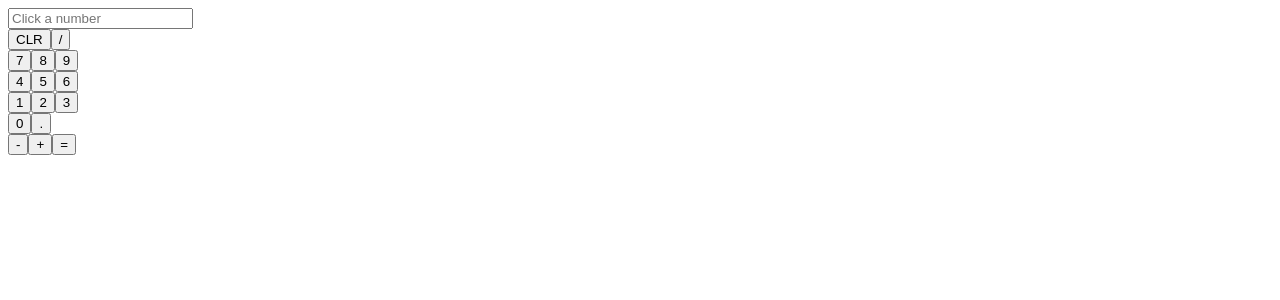
Repository: Marivic-SLRS/ReactJS-Basic-Calculator
Page: /
These files come from the project's save history. The page is drawn as it stood at one moment and after the next save; the edit follows.
The browser window is 1280 px wide. The pictures show the whole page.
The project was rebuilt for these pictures with package versions that can differ from the ones it lists, and the page was loaded fresh each time.

Above is the page before, as saved 2025-07-30 17:27:37.

After the next save:
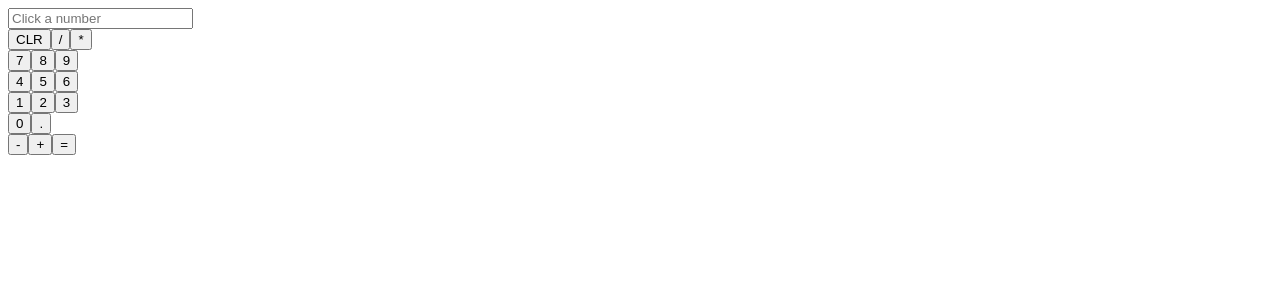
Saved 5 s later.
--- a/src/Components/Calculator.js
+++ b/src/Components/Calculator.js
@@ -13,6 +13,7 @@ function Calculator() {
             <div>
                     <button>CLR</button>
                     <button>/</button>
+                    <button>*</button>
             </div>
             <div>
                 <div>
